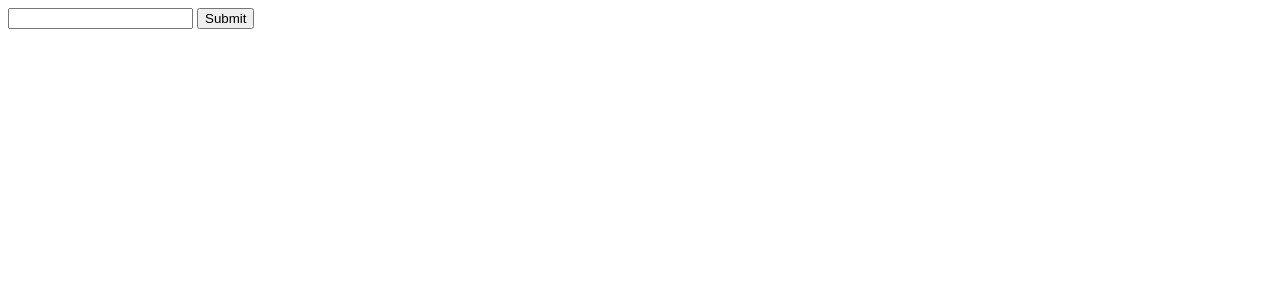
Repository: ashwinibd6697/ust-19sep-ashwinibd
Page: ust-java/webapp/WebContent/form.html
An editor plug-in stored every save of this project. The page is shown before and after the next save, followed by the edit.
The browser window is 1280 px wide. The pictures show the whole page.

Above is the page before, as saved 2019-11-13 06:57:00.

### ust-java/webapp/WebContent/form.html
<!DOCTYPE html>
<html>
<head>
<meta charset="ISO-8859-1">
<title>Insert title here</title>
</head>
<body>
<form action="./form">

<input name ="empname" type="text"> <input  type="submit">


</form>

</body>
</html>

After the next save:
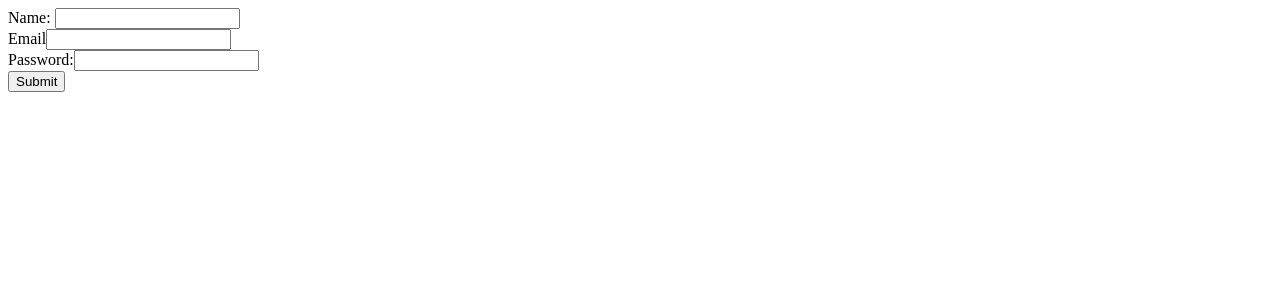
Saved 18 min 18 s later.
--- a/ust-java/webapp/WebContent/form.html
+++ b/ust-java/webapp/WebContent/form.html
@@ -5,9 +5,12 @@
 <title>Insert title here</title>
 </head>
 <body>
-<form action="./form">
+<form action="./form" >
 
-<input name ="empname" type="text"> <input  type="submit">
+Name: <input name ="empname" type="text"> <br>
+ Email<input name ="email"  type="email"><br>
+ Password:<input name ="password"  type="password"><br>
+ <input type="submit">
 
 
 </form>
